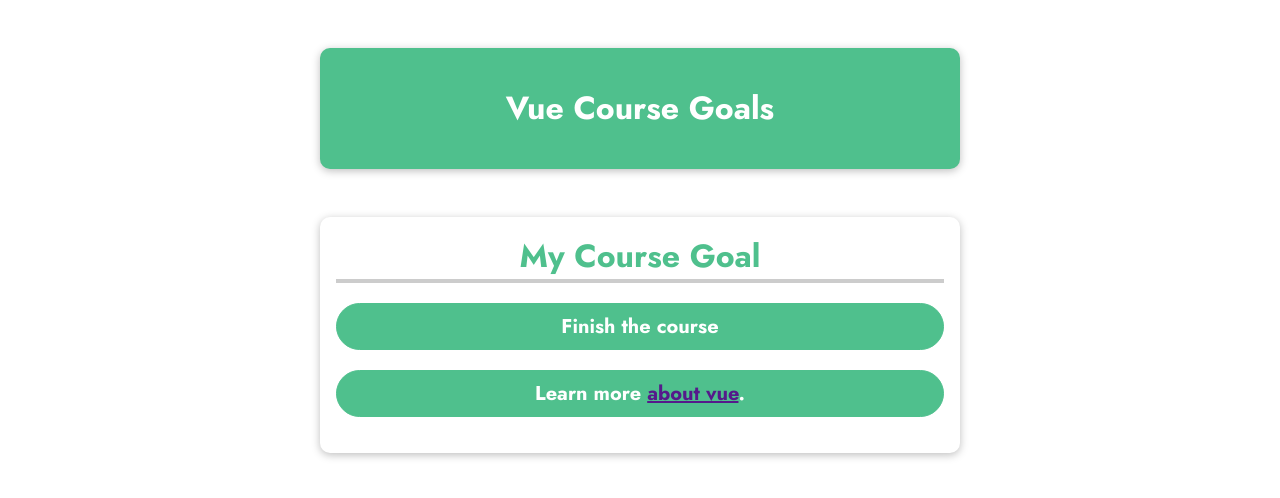
Repository: zmarkoni/Vue-The-Complete-Guide
Page: basics-01-starting-code/index.html
The author's editor kept a copy of each file at every save. The page is drawn from the files as they stood at one save, then again after the next save.
The browser window is 1280 px wide. The pictures show the whole page.

Above is the page before, as saved 2020-12-29 10:08:24.

### basics-01-starting-code/index.html
<!DOCTYPE html>
<html lang="en">
  <head>
    <meta charset="UTF-8" />
    <meta name="viewport" content="width=device-width, initial-scale=1.0" />
    <title>Vue Basics</title>
    <link
      href="https://fonts.googleapis.com/css2?family=Jost:wght@400;700&display=swap"
      rel="stylesheet"
    />
    <link rel="stylesheet" href="styles.css" />
    <script src="https://unpkg.com/vue@next" defer></script>
    <script src="app.js" defer></script>
  </head>
  <body>
    <header>
      <h1>Vue Course Goals</h1>
    </header>
    <section id="user-goal">
      <h2>My Course Goal</h2>
      <p>{{ courseGoal }}</p>
      <p>Learn more <a href="" >about vue</a>.</p>
    </section>
  </body>
</html>

### basics-01-starting-code/styles.css
* {
  box-sizing: border-box;
}

html {
  font-family: 'Jost', sans-serif;
}

body {
  margin: 0;
}

header {
  box-shadow: 0 2px 8px rgba(0, 0, 0, 0.26);
  margin: 3rem auto;
  border-radius: 10px;
  padding: 1rem;
  background-color: #4fc08d;
  color: white;
  text-align: center;
  width: 90%;
  max-width: 40rem;
}

#user-goal {
  box-shadow: 0 2px 8px rgba(0, 0, 0, 0.26);
  margin: 3rem auto;
  border-radius: 10px;
  padding: 1rem;
  text-align: center;
  width: 90%;
  max-width: 40rem;
}

#user-goal h2 {
  font-size: 2rem;
  border-bottom: 4px solid #ccc;
  color: #4fc08d;
  margin: 0 0 1rem 0;
}

#user-goal p {
  font-size: 1.25rem;
  font-weight: bold;
  border: 1px solid #4fc08d;
  background-color: #4fc08d;
  color: white;
  padding: 0.5rem;
  border-radius: 25px;
}

#user-goal input {
  font: inherit;
  border: 1px solid #ccc;
}

#user-goal input:focus {
  outline: none;
  border-color: #1b995e;
  background-color: #d7fdeb;
}

#user-goal button {
  font: inherit;
  cursor: pointer;
  border: 1px solid #ff0077;
  background-color: #ff0077;
  color: white;
  padding: 0.05rem 1rem;
  box-shadow: 1px 1px 2px rgba(0, 0, 0, 0.26);
}

#user-goal button:hover,
#user-goal button:active {
  background-color: #ec3169;
  border-color: #ec3169;
  box-shadow: 1px 1px 4px rgba(0, 0, 0, 0.26);
}

### basics-01-starting-code/app.js
const app = Vue.createApp({
    data() {
        return {
            courseGoal: 'Finish the course',
            vueLink: 'https://vuejs.org/'
        }
    }
});
app.mount('#user-goal');

After the next save:
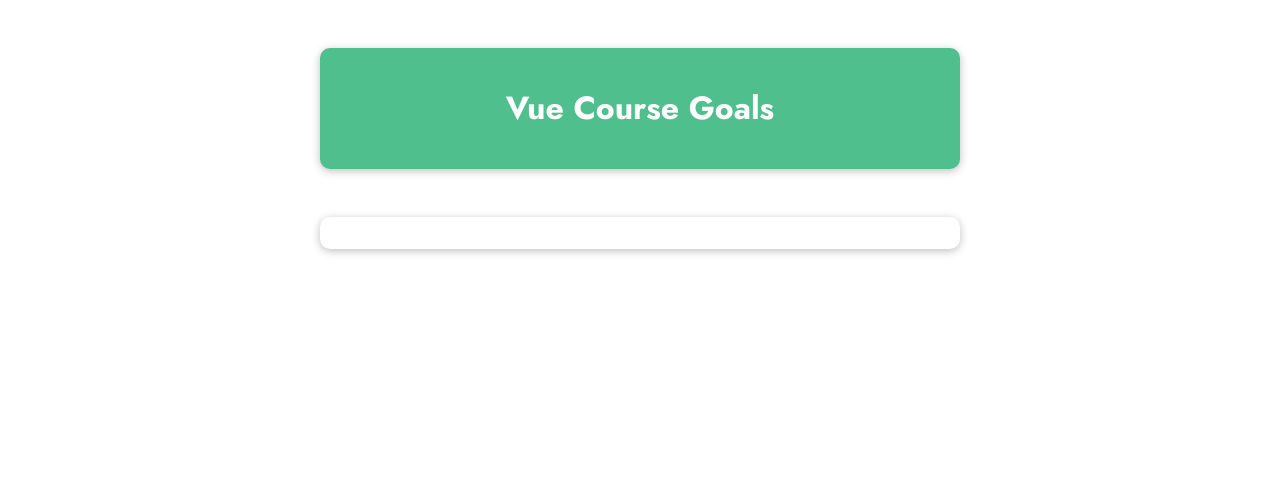
Console error: SyntaxError: Unexpected token ','
Saved 57 s later.
--- a/basics-01-starting-code/index.html
+++ b/basics-01-starting-code/index.html
@@ -19,7 +19,7 @@
     <section id="user-goal">
       <h2>My Course Goal</h2>
       <p>{{ courseGoal }}</p>
-      <p>Learn more <a href="" >about vue</a>.</p>
+      <p>Learn more <a v-bind href="" >about vue</a>.</p>
     </section>
   </body>
 </html>

After the save that followed:
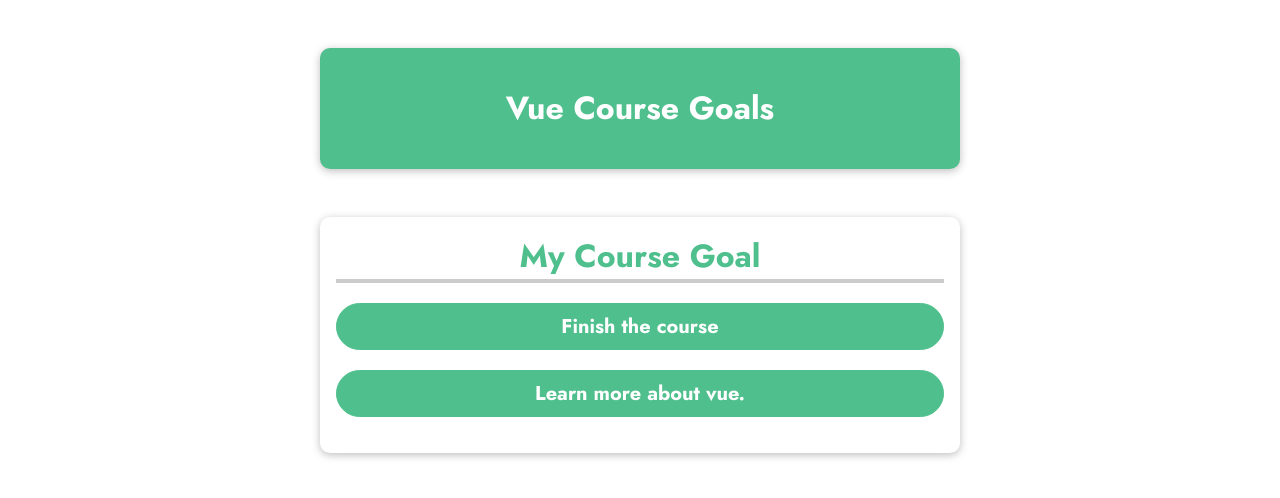
The error is gone.
Saved 39 s later.
--- a/basics-01-starting-code/index.html
+++ b/basics-01-starting-code/index.html
@@ -19,7 +19,7 @@
     <section id="user-goal">
       <h2>My Course Goal</h2>
       <p>{{ courseGoal }}</p>
-      <p>Learn more <a v-bind href="" >about vue</a>.</p>
+      <p>Learn more <a v-bind:href="" >about vue</a>.</p>
     </section>
   </body>
 </html>
